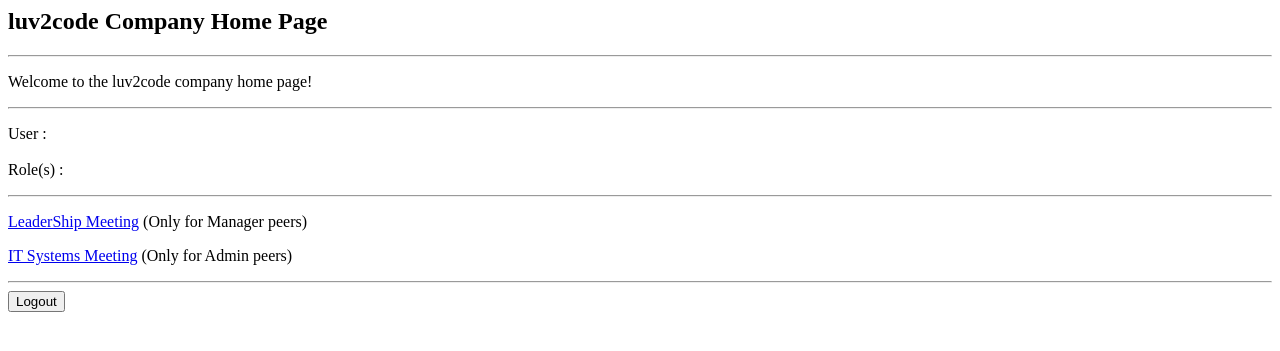
Repository: RKSAHOO4414/spring_basic
Page: http://localhost/spring-security-demo-07-user-roles/WEB-INF/view/home.jsp
An editor plug-in stored every save of this project. The page is shown before and after the next save, followed by the edit.
The browser window is 1280 px wide. The pictures show the whole page.
The page is served by Tomcat 9. Nobody is signed in. The template is opened directly, without the code that normally fills it, so the values that code supplies are empty.

Above is the page before, as saved 2022-07-22 12:35:09.

After the next save:
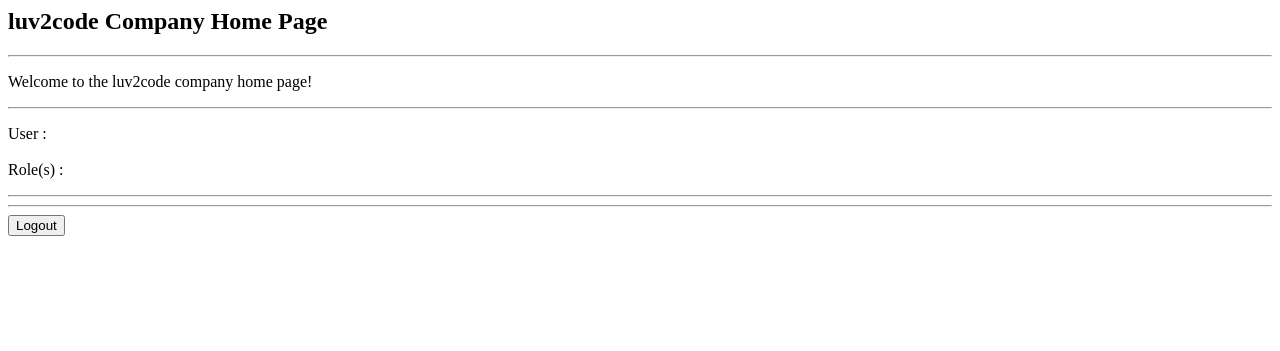
Saved 2 days later.
--- a/spring-security-demo-07-user-roles/src/main/webapp/WEB-INF/view/home.jsp
+++ b/spring-security-demo-07-user-roles/src/main/webapp/WEB-INF/view/home.jsp
@@ -24,18 +24,25 @@
 		Role(s) : <security:authentication property="principal.authorities"/>
 	</p>
 	<hr>
+
+	<security:authorize access="hasRole('MANAGER')">
+
+
 		<!-- Add a link to point to /leaders ... this is for the managers -->
-	<p>
-		<a href="${pageContext.request.contextPath}/leaders">LeaderShip Meeting</a>
-		(Only for Manager peers)
-	</p>
+		<p>
+			<a href="${pageContext.request.contextPath}/leaders">LeaderShip Meeting</a>
+			(Only for Manager peers)
+		</p>
+	</security:authorize>
 
+	<security:authorize>
 	<!-- Add a link to point to /systems ... this is for the admins -->
 
 	<p>
 		<a href="${pageContext.request.contextPath}/systems">IT Systems Meeting</a>
 		(Only for Admin peers)
 	</p>
+	</security:authorize>
 
 	<hr>
 	<!-- Add Logout button -->
